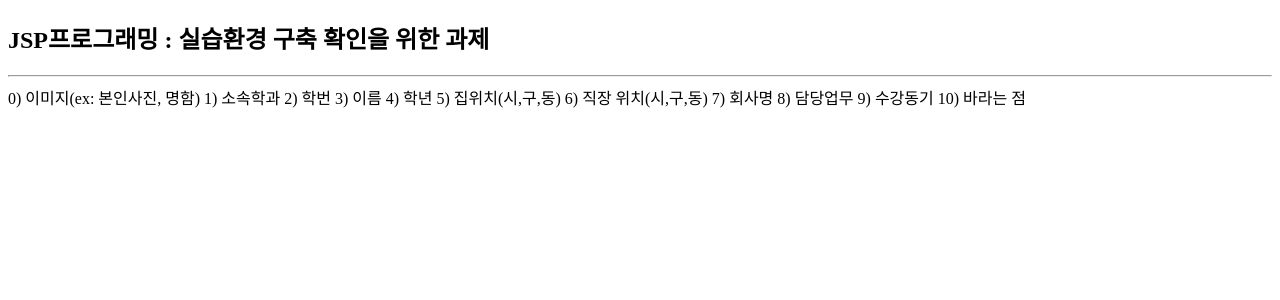
Repository: jiyoung510/JAVA-learning-examples
Page: http://localhost/jspbook/ch01/HelloWorld.jsp
The author's editor kept a copy of each file at every save. The page is drawn from the files as they stood at one save, then again after the next save.
The browser window is 1280 px wide. The pictures show the whole page.
The page is served by Tomcat 9. Other server files are loaded and not shown.

Above is the page before, as saved 2022-09-25 01:35:33.

### jspbook/WebContent/ch01/HelloWorld.jsp
<%@page import="java.util.Date"%>
<%@ page language="java" contentType="text/html; charset=UTF-8"
    pageEncoding="UTF-8"%>
<!DOCTYPE html>
<html>
<head>
<meta charset="UTF-8">
<title>HelloWorldJSP</title>
</head>
<body>
	<h2>JSP프로그래밍 : 실습환경 구축 확인을 위한 과제</h2>
	<hr>
	0) 이미지(ex: 본인사진, 명함)
	1) 소속학과
	2) 학번
	3) 이름
	4) 학년
	5) 집위치(시,구,동)
	6) 직장 위치(시,구,동)
	7) 회사명
	8) 담당업무
	9) 수강동기
	10) 바라는 점
</body>
</html>

After the next save:
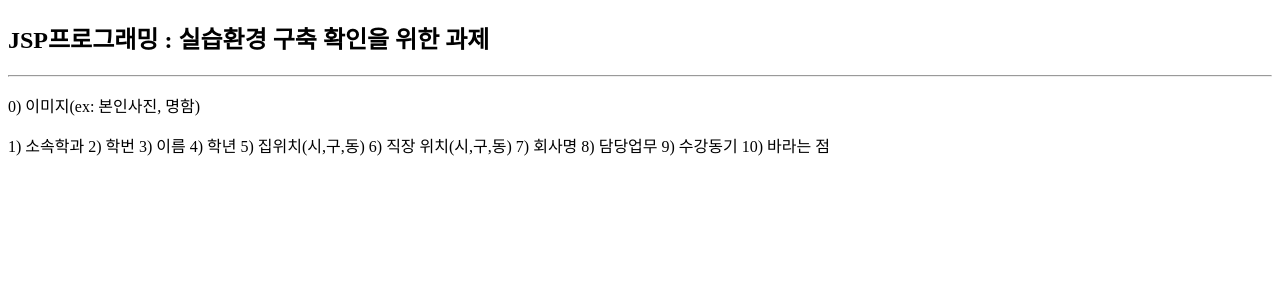
Saved 50 s later.
--- a/jspbook/WebContent/ch01/HelloWorld.jsp
+++ b/jspbook/WebContent/ch01/HelloWorld.jsp
@@ -10,7 +10,10 @@
 <body>
 	<h2>JSP프로그래밍 : 실습환경 구축 확인을 위한 과제</h2>
 	<hr>
-	0) 이미지(ex: 본인사진, 명함)
+	<p>
+	<span style="display:block">0) 이미지(ex: 본인사진, 명함)</span>
+
+	</p>
 	1) 소속학과
 	2) 학번
 	3) 이름
